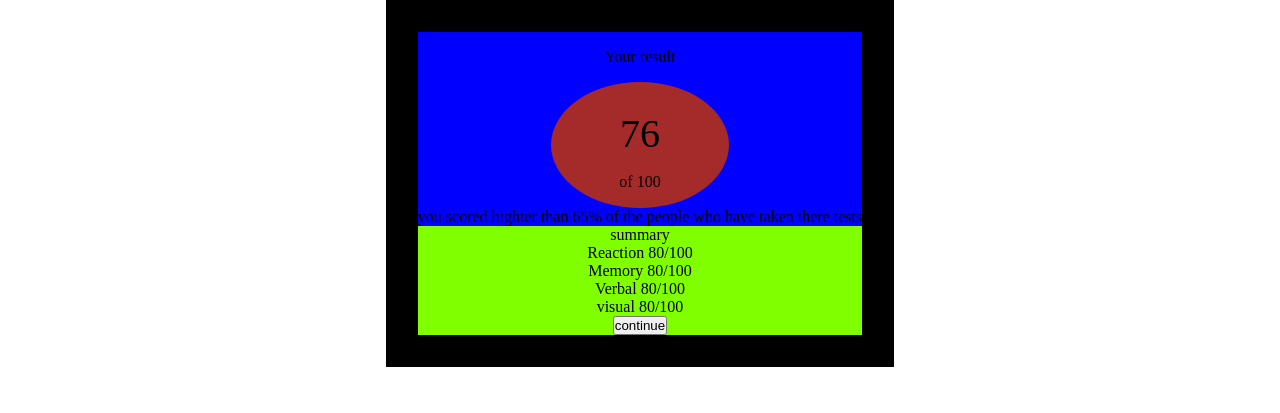
Repository: rahanwz/Card2-raha
Page: card2.html
These files come from the project's save history. The page is drawn as it stood at one moment and after a run of saves; the edit follows.
The browser window is 1280 px wide. The pictures show the whole page.

Above is the page before, as saved 2024-02-19 23:32:15.

### card2.html
<!DOCTYPE html>
<html lang="en">
  <head>
    <meta charset="UTF-8" />
    <meta name="viewport" content="width=device-width, initial-scale=1.0" />
    <title>Document</title>
    <link rel="stylesheet" href="card2.css" />
  </head>
  <body>
    <div class="container">
      <div class="card_container">
        <div class="top_card">
          <p>Your result</p>
          <div class="present">
           <p>76</p><p>of 100</p>
          </div>
          <p>
            you scored highter than 65% of the people who have taken there tests
          </p>
        </div>
        <div class="bottom_card">
          <p>summary</p>
          <div>Reaction 80/100</div>
          <div>Memory 80/100</div>
          <div>Verbal 80/100</div>
          <div>visual 80/100</div>
          <div><button>continue</button></div>
        </div>
      </div>
    </div>
  </body>
</html>

### card2.css
* {
  padding: 0;
  margin: 0;
  box-sizing: border-box;
}
body {
  display: flex;
  justify-content: center;
}
.container {
  background-color: black;
  padding: 2rem;
}
.card_container {
  background-color: aquamarine;
}
.card_container {
  text-align: center;
}

.top_card :first-child {
  padding: 1rem;
}
.present :first-child {
  font-size: 2.5rem;
  padding-top: 1.75rem;
}

.present {
  background-color: #f57d1f;
  height: 17.5vh;
  width: 40%;
  border-radius: 100%;
  background-color: brown;
  margin: auto;
}

.top_card {
  background-color: blue;
}
.bottom_card {
  background-color: chartreuse;
  height: 100%;
}

After the next 2 saves:
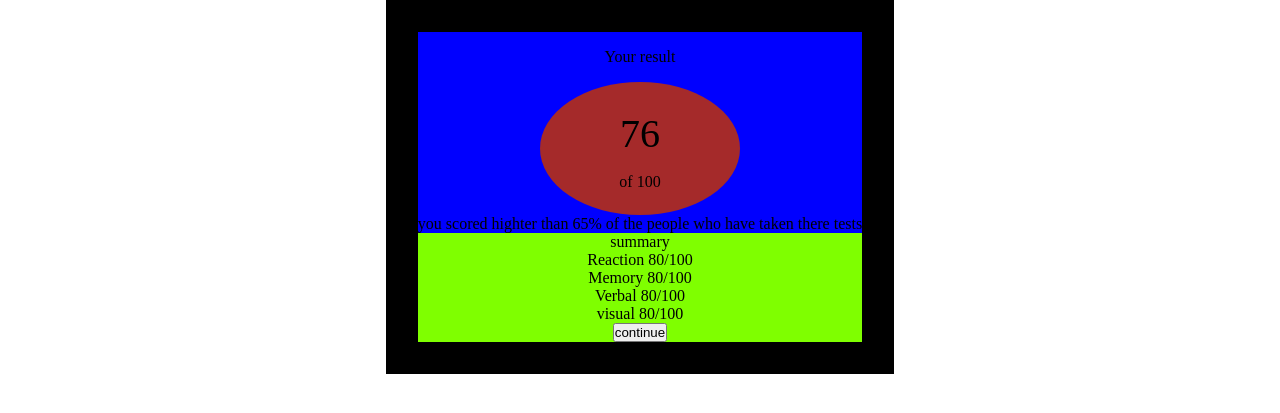
The 2 saves are shown as one change because they came seconds apart.
The last was saved 11 s later.
--- a/card2.css
+++ b/card2.css
@@ -28,8 +28,8 @@ body {
 
 .present {
   background-color: #f57d1f;
-  height: 17.5vh;
-  width: 40%;
+  height: 18.5vh;
+  width: 45%;
   border-radius: 100%;
   background-color: brown;
   margin: auto;
